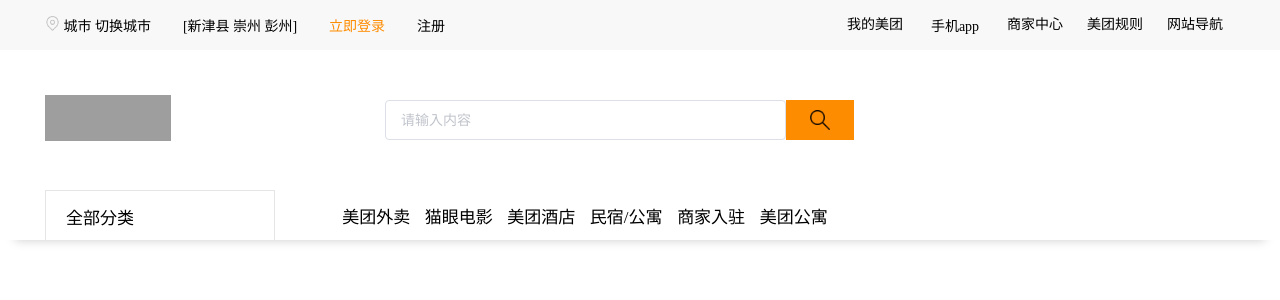
Repository: jinggegeZ/-
Page: /
The author's editor kept a copy of each file at every save. The page is drawn from the files as they stood at one save, then again after the next save.
The browser window is 1280 px wide. The pictures show the whole page.
Pictures or frames that could not be fetched are drawn as grey boxes. The page's requests for data from a server got no answer. The project was rebuilt for these pictures with package versions that can differ from the ones it lists, and the page was loaded fresh each time. No one was signed in, and anything a server would have sent is missing. Also part of the build but not shown: vue.config.js.

Above is the page before, as saved 2020-08-20 14:30:16.

After the next save:
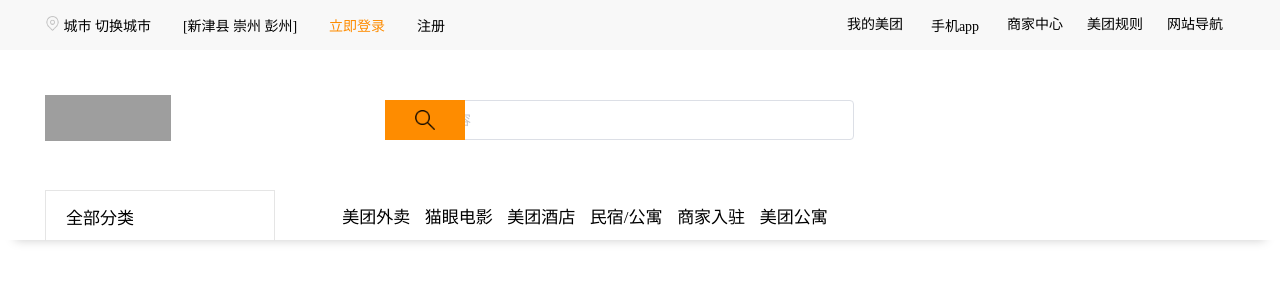
Saved 33 s later.
--- a/src/style/style.css
+++ b/src/style/style.css
@@ -244,9 +244,11 @@
 }
 .nav1input1 {
     width: 469px;
+    position: relative;
 }
 .nav1inputboox {
-
+    position: absolute;
+    width: 469px;
 }
 .nav1inputboox {
     width: 80px;
